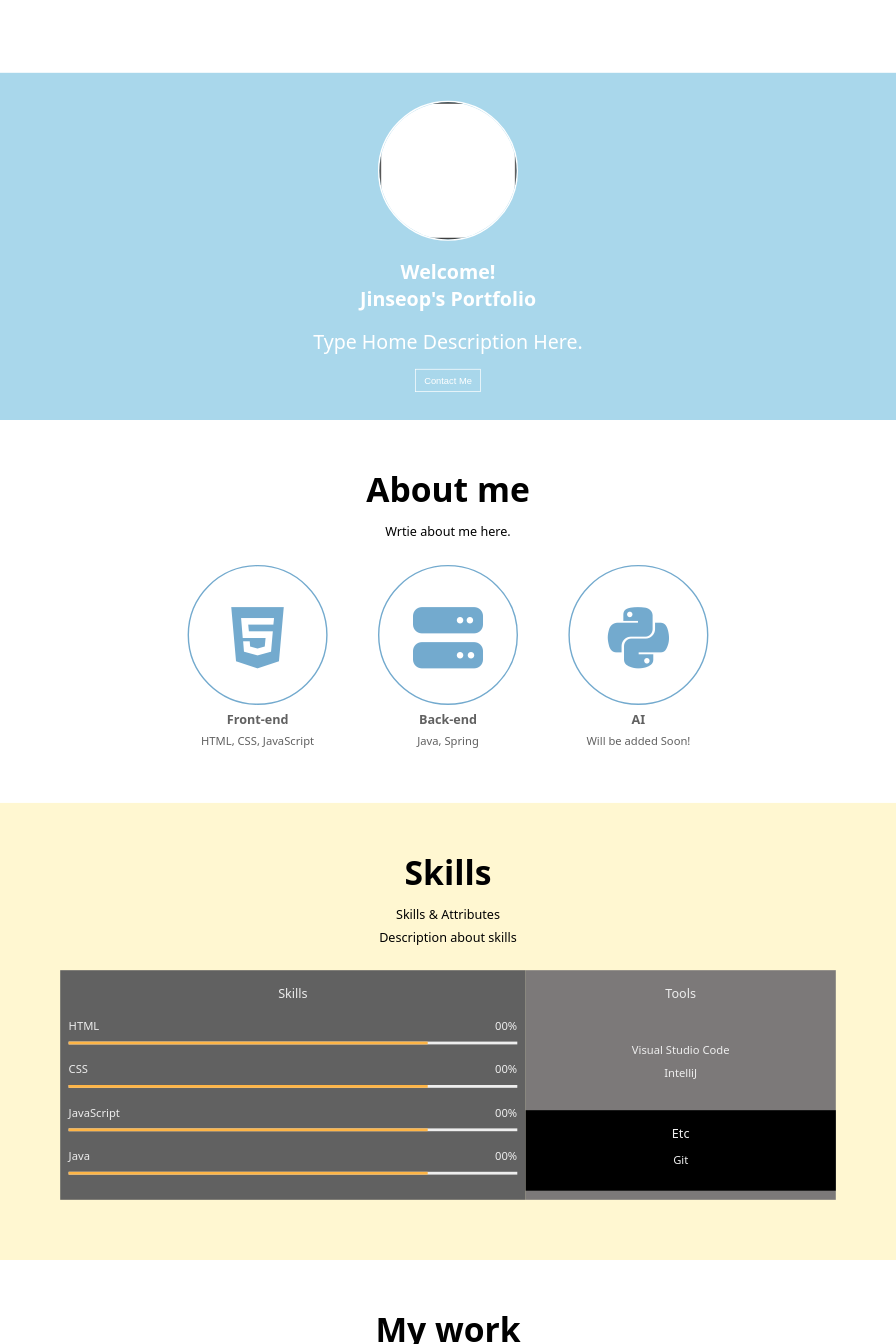
Repository: YEOMJINSEOP/yeomjinseop.github.io
Page: index.html
These files come from the project's save history. The page is drawn as it stood at one moment and after the next save; the edit follows.
The browser window is 1280 px wide. The pictures show the part of the page from y = 0 to 1920 px (the page is 2708 px tall before and 2762 px after), at 70% of full size.
Some web libraries are served in a nearby version.

Above is the page before, as saved 2022-08-15 17:19:54.

### index.html
<!DOCTYPE html>
<html lang="en">
<head>
  <meta charset="UTF-8">
  <meta http-equiv="X-UA-Compatible" content="IE=edge">
  <meta name="viewport" content="width=device-width, initial-scale=1.0">
  <title>Jinseop's Portfolio</title>
  <meta name="author" content="Jinseop Yeom">
  <meta name="description" content="Portfolio Website For Jinseop Yeom">

  <!--Logo Image-->
  <link rel="icon" type="image/png" href="images/favicon.png">


  <!--Font Awesome-->
  <script src="https://kit.fontawesome.com/d24b25bb21.js" crossorigin="anonymous"></script>

  <!--Google Fonts-->
  <link rel="preconnect" href="https://fonts.googleapis.com">
  <link rel="preconnect" href="https://fonts.gstatic.com" crossorigin>
  <link href="https://fonts.googleapis.com/css2?family=Open+Sans:wght@400;600;700&display=swap" rel="stylesheet">

  <!--CSS-->
  <link rel="stylesheet" href="style.css">

  <!--JavaScript-->
  <script src="main.js" defer></script>

</head>
<body>
  <!--Navbar-->
  <nav id="navbar">
    <div class="navbar__logo">
      <i class="fa-solid fa-utensils"></i>
      <a href="#">Yeom JinSeop</a>
    </div>
    <div>
      <ul class="navbar__menu">
        <li class="navbar__menu__item active">Home</li>
        <li class="navbar__menu__item">About</li>
        <li class="navbar__menu__item">Skill</li>
        <li class="navbar__menu__item">My work</li>
        <li class="navbar__menu__item">Testimonial</li>
        <li class="navbar__menu__item">Contact</li>
      </ul>
    </div>

      <!-- Toggle button -->
  <button class="toggle_button">
    <i class="fa-solid fa-bars"></i>
  </button>
  </nav>



  <!-- Home -->
  <section id="home" class="section">
    <img src="/images/whileimage.png" alt="Jinseop's image" class="home__avatar">
    <h1 class="home__title">Welcome! <br/> Jinseop's Portfolio</h1>
    <h3 class="home__description">Type Home Description Here.</h3>
    <button class="home__button">Contact Me</button>
  </section>

  <!--About-->
  <section id="about" class="section">
    <div class="section__container">
      <h1>About me</h1>
      <p>Wrtie about me here.</p>

      <div class="about__majors">

        <div class="major">
          <div class="major__icon">
            <i class="fa-brands fa-html5"></i>
          </div>
          <div class="major__title">
            Front-end
          </div>
          <div class="major__description">
            HTML, CSS, JavaScript
          </div>
        </div>

        <div class="major">
          <div class="major__icon">
            <i class="fa-solid fa-server"></i>
          </div>
          <div class="major__title">
            Back-end
          </div>
          <div class="major__description">
            Java, Spring
          </div>
        </div>


        <div class="major">
          <div class="major__icon">
            <i class="fa-brands fa-python"></i>
          </div>
          <div class="major__title">
            AI
          </div>
          <div class="major__description">
            Will be added Soon!
          </div>
        </div>

      </div>
    </div>
  </section>

  <!--Skills-->
  <section id="skills" class="section">
    <div class="section__container">
      <h1>Skills</h1>
    <h3>Skills & Attributes</h3>
    <p>Description about skills</p>
    <div class="skillset">
      <div class="skillset__left">
        <h3 class="skillset__title">Skills</h3>
        <div class="skill">
          <div class="skill__description">
            <span>HTML</span>
            <span>00%</span>
          </div>

          <div class="skill__bar">
            <div class="skill__value"></div>
          </div>
        </div>

        <div class="skill">
          <div class="skill__description">
            <span>CSS</span>
            <span>00%</span>
          </div>

          <div class="skill__bar">
            <div class="skill__value"></div>
          </div>

          <div class="skill">
            <div class="skill__description">
              <span>JavaScript</span>
              <span>00%</span>
            </div>

            <div class="skill__bar">
              <div class="skill__value"></div>
            </div>
          </div>
        </div>

        <div class="skill">
          <div class="skill__description">
            <span>Java</span>
            <span>00%</span>
          </div>

          <div class="skill__bar">
            <div class="skill__value"></div>
          </div>
        </div>
      </div>

      <div class="skillset__right">
        <div class="tools">
          <h3 class="skillset__title">Tools</h3>
          <ul class="tools__list">
            <li><span>Visual Studio Code</span></li>
            <li><span>IntelliJ</span></li>
          </ul>
        </div>

        <div class="etc">
          <h3 class="skillset__title">Etc</h3>
          <ul class="etc__list">
            <li><span>Git</span></li>
          </ul>
        </div>
      </div>
    </div>
    </div>
  </section>

  <!--Work-->
  <section id="work" class="section">
   <div class="section__container">
    <h1>My work</h1>
    <h3>Projects</h3>
    <div class="work__categories">
      <button class="category__btn">All<span class="category__count">3</span></button>
      <button class="category__btn">Front-end<span class="category__count">1</span></button>
      <button class="category__btn">Back-end<span class="category__count">1</span></button>
      <button class="category__btn">AI<span class="category__count">1</span></button>
    </div>

    <div class="work__projects">
      <a href="#" class="project" target="blank">
        <img src="images/whileimage.png" alt="project image" class="project__image">
        <div class="project__description">
          <h3>Project Name</h3>
          <span>Description about Project</span>
        </div>
      </a>

      <a href="#" class="project" target="blank">
        <img src="images/whileimage.png" alt="project image" class="project__image">
        <div class="project__description">
          <h3>Project Name</h3>
          <span>Description about Project</span>
        </div>
      </a>

      <a href="#" class="project" target="blank">
        <img src="images/whileimage.png" alt="project image" class="project__image">
        <div class="project__description">
          <h3>Project Name</h3>
          <span>Description about Project</span>
        </div>
      </a>
    </div>
   </div>
  </section>

  <!--Testimonial-->
  <!-- <section id="testimonial" class="section">
    <h1>Testimonial</h1>
    <h3>See What They Say About Me</h3>
    <div class="testimonials">
      <div class="testimonial">
        <img src="" alt="Person Image" class="testimonial__avatar">
        <div class="testimonial__speech_bubble">
          <p>Recommendation Talk Here.</p>
          <p class="name"><a href="#">Professor A</a></p>
        </div>
      </div>

      <div class="testimonial">
        <img src="" alt="Person Image" class="testimonial__avatar">
        <div class="testimonial__speech_bubble">
          <p>Recommendation Talk Here.</p>
          <p class="name"><a href="#">Professor A</a></p>
        </div>
      </div>
    </div>
  </section> -->

  <!--Contact-->
  <section id="contact" class="section">
    <h1>Contact Me</h1>
    <h3>yeomjinseop@gmail.com</h3>
    <div class="contact_links">
      <a href="https://github.com/YEOMJINSEOP" target="blank">
        <i class = "fab fa-github"></i>
      </a>
    </div>
    <p class="contact_rights">
      2022 YEOM JINSEOP - All rights reserved
    </p>
  </section>
</body>
</html>

### style.css
 /* Global */

 :root{
  /* Color */
  --color-white: #ffffff;
  --color-light-white: #eeeeee;
  --color-dark-white: #bdbdbd;
  --color-pink: #fe918d;
  --color-dark-pink: #ff6863;
  --color-deep-pink: #FF8ACA;
  --color-black: #4d4d4d;
  --color-grey: #616161;
  --color-light-gray: #7c7979;
  --color-blue: #73aace;
  --color-yellow: #fff7d1;
  --color-light-yellow: #FBFAE2;
  --color-orange: #feb546;
  --color-black: #000000;
  --color-yellow-green: #BEEBA9;
  --color-sky-blue: #A9D7EB;
  --color-deep-blue: #4280EB;
  --color-dark-deep-blue: #627BA3;

  /* Font size */
  --font-large: 48px;
  --font-medium: 28px;
  --font-regular: 18px;
  --font-small: 16px;
  --font-micro: 14px;


  /* Font Weight */
  --weight-bold: 700;
  --weight-semi-bold: 600;
  --weight-regular: 400;

  /* Size */
  --size-border-radius: 4px;

  /* Animation */
  --animation-duration: 300ms;

 }

 /* Universal tages */
 * {
  box-sizing: border-box;
 }

 body{
  margin: 0;
  font-family:system-ui, -apple-system, BlinkMacSystemFont, 'Segoe UI', Roboto, Oxygen, Ubuntu, Cantarell, 'Open Sans', 'Helvetica Neue', sans-serif;
  cursor: default;
}

 a{
  text-decoration: none;
  color: var(--color-white);
 }

 ul{
  list-style: none;
  padding-left: 0;
 }

 button{
  background-color: transparent;
  border: none;
  cursor: pointer;
 }



 /* Typography */

 h1{
  font-size: var(--font-large);
  font-weight: var(--weight-bold);
  color: var(--color-black);
  margin: 16px 0;
 }

 h2{
  font-size: var(--font-medium);
  font-weight: var(--weight-semi-bold);
  color: var(--color-black);
  margin: 8px 0;
 }

 h3{
  font-size: var(--font-regular);
  font-weight: var(--weight-regular);
  color: var(--color-black);
  margin: 8px 0;
 }

 p{
  font-size: var(--font-regular);
  font-weight:  var(--font-regular);
  color: var(--color-black);
  margin: 4px 0;
 }

 /* Body  */

 /* Nav */
 #navbar{
  display: flex;
  justify-content: space-between;
  align-items: center;
  background-color: transparent;
  color: var(--color-white);
  padding: 16px;
 }

 #navbar.navbar__dark{
  background-color: var(--color-deep-blue);
 }

 .navbar__logo{
  font-size: var(--font-medium);
  font-weight: var(--weight-semi-bold);
  padding: 8px 12px;
 }

 .navbar__menu{
  display: flex;
  font-size: var(--font-small);
  font-weight: var(--weight-regular);
 }

 .navbar__menu__item.active{
  border: 1px solid white;
 }

 .navbar__menu__item{
  padding: 8px 12px;
  margin: 0 4px;
  border-radius: var(--size-border-radius);
  cursor: pointer;
 }

 .navbar__menu__item:hover{
  background-color: var(--color-dark-deep-blue);
 }

 /* Home */

 #home{
  background-color: var(--color-sky-blue);
  background-position: center;
  background-repeat: no-repeat;
  background-size: cover;
  padding: 40px;
  text-align: center;
 }

 .home__avatar{
  border: 2px solid var(--color-white);
  border-radius: 50%;
  width: 200px;
  height: 200px;
 }

 .home__title,
 .home__description{
  font-size: var(--font-medium);
  color: var(--color-white);
  padding: 4px;
 }

 .home__button{
  border: 1px solid var(--color-white);
  padding: 8px 12px;
  margin-top: 8px;
  color: var(--color-white);
 }

.home__button:hover{
  background-color: var(--color-deep-blue);
}

/* Section Common */
.section{
  padding: 50px;
  text-align: center;
}

.section__contatiner{
  max-width: 1200px;
}

/* About */

.about__majors{
  display: flex;
  justify-content: center;
  margin: 8px 12px;
  padding: 12px;
}

.major{
  margin: 8px 24px;
}

.major__icon{
  height: 200px;
  width: 200px;
  font-size: 100px;
  line-height: 200px;
  border: 2px solid var(--color-blue);
  border-radius: 50%;
  color: var(--color-blue);
  margin: 8px 12px;
  transition: all var(--animation-duration) linear;
}

.major__icon:hover{
  color: var(--color-orange);
  border-color: var(--color-orange);
}

.major__icon:hover i{
  transform: scale(120%);
}


.major__title {
  font-size: var(--font-regular);
  font-weight: var(--weight-semi-bold);
  color:var(--color-grey);
  margin: 8px;;
}

.major__description{
  font-size: var(--font-small);
  color: var(--color-grey);
}

.about__jobs{
  margin: 12px 0;
}

.job{
  display: flex;
  align-items: center;
}

.job__logo{
  padding: 8px;
  margin: 4px 12px;
}

.job__name{
  font-size: var(--font-small);
}

.job__description{
  font-size: var(--font-micro);
}

/* Skill */

#skills{
  background-color: var(--color-yellow);
}
.skillset{
  display: flex;
  justify-content: center;
  margin: 12px 12px;
  padding: 24px;
  color: var(--color-light-white);
}

.skillset__left{
  padding: 12px;
  flex-basis: 60%;
  background-color: var(--color-grey);
}

.skill{
  margin: 24px 0;
}

.skill__description{
  display: flex;
  justify-content: space-between;
}

.skillset__title{
  color: var(--color-light-white);
  margin: 8px 0;
}

.skill__bar{
  width: 100%;
  height: 4px;
  background-color: var(--color-light-white);
  margin: 12px 0;
}

.skill__value{
  width: 80%;
  /* width는 html에 style로 넣어서 각각 지정하기! */
  height: 4px;
  background-color: var(--color-orange);
}


.skillset__right{
  flex-basis:40%;
  background-color: var(--color-light-gray);
}

.tools{
  padding: 12px;
  height:200px;
}

.tools__list{
  padding: 30px 0;
}

.tools__list li{
  margin: 12px;
}


.etc{
  background-color: var(--color-black);
  height: 115px;
  padding: 12px;
}

/* Work */

.work__categories{
  margin: 24px 0 ;
  padding: 12px 0;
}

.category__btn{
  border: 1px solid var(--color-black);
  background-color: var(--color-white);
  padding: 4px 32px;
  margin: 4px 8px;
  font-size: var(--font-small);
  font-weight: var(--weight-semi-bold);
}

.category__btn:hover {
  background-color: var(--color-light-white);
}

.category__btn:hover .category__count{
  opacity: 1;
  transform: translateY(0);
}

.category__count{
  width:  20px;
  height: 20px;
  line-height: 20px;
  color: var(--color-white);
  margin-left: 5px;
  background-color: var(--color-orange);
  display: inline-block;
  border-radius: 50%;
  opacity: 0;
  transition: all var(--animation-duration) ease-in;
  transform: translateY(-10px);
}

.work__projects{
  display: flex;
  flex-wrap:wrap;
  align-items: center;
  justify-content: center;
}

.project__image{
  width: 100%;
  height: 100%;
}

.project{
  position: relative;
  width: 200px;
  height: 200px;
  margin: 10px;
}

.project__description{
  position: absolute;
  top:0px;
  left:0px;
  background-color: var(--color-grey);
  width: 100%;
  height: 100%;
  display: flex;
  flex-direction: column;
  justify-content: center;
  opacity: 0;
  transition: all var(--animation-duration) ease-in;
  transform: translateY(-10px);
}

.project__description h3{
  color: var(--color-white);
}

.project__description h3:after{
  content: " ";
  display: block;
  position: relative;
  left: 50%;
  width: 20px;
  height: 2px;
  margin-top: 8px;
  margin-left: -8px;
  background-color: var(--color-white);
}

.project__description:hover{
  opacity: 0.8;
  transform: translateY(0);
}

/* Contact */

#contact{
  background-color: var(--color-dark-white);
}

.contact_links{
  padding: 24px 0;
}

.contact_links i{
  font-size: var(--font-large);
  color: var(--color-white);

}

.contact_links i:hover{
  color: var(--color-yellow);
  transform: scale(120%);
}

.toggle_button{
  position: absolute;
  top: 26px;
  right: 36px;
  font-size: var(--font-medium);
  color: var(--color-white);
  display: none;
}

@media screen and (max-width: 768px) {
  #navbar{
    display: flex;
    flex-direction: column;
  }

  .toggle_button{
    display: block;
  }

  .navbar__menu{
    width: 100%;
    display: None;
  }

  .about__majors{
    display: flex;
    flex-direction: column;
    align-items: center;
  }
  .major{
    margin: 0;
    margin-bottom: 48px;
  }

  .skillset{
    display: flex;
    flex-direction: column;
  }
}

### main.js
'use strict';

// Make navvar transparent when it is on the top.

const navbar = document.querySelector('#navbar');
const navbarHeight = navbar.getBoundingClientRect().height;

document.addEventListener('scroll', () => {
    console.log(window.scrollY);
    console.log("navbarHeight : ", navbarHeight);
    if(scrollY > navbarHeight){
      navbar.classList.add('navbar__dark');
    } else {
      navbar.classList.remove('navbar__dark');
    }
  })

After the next save:
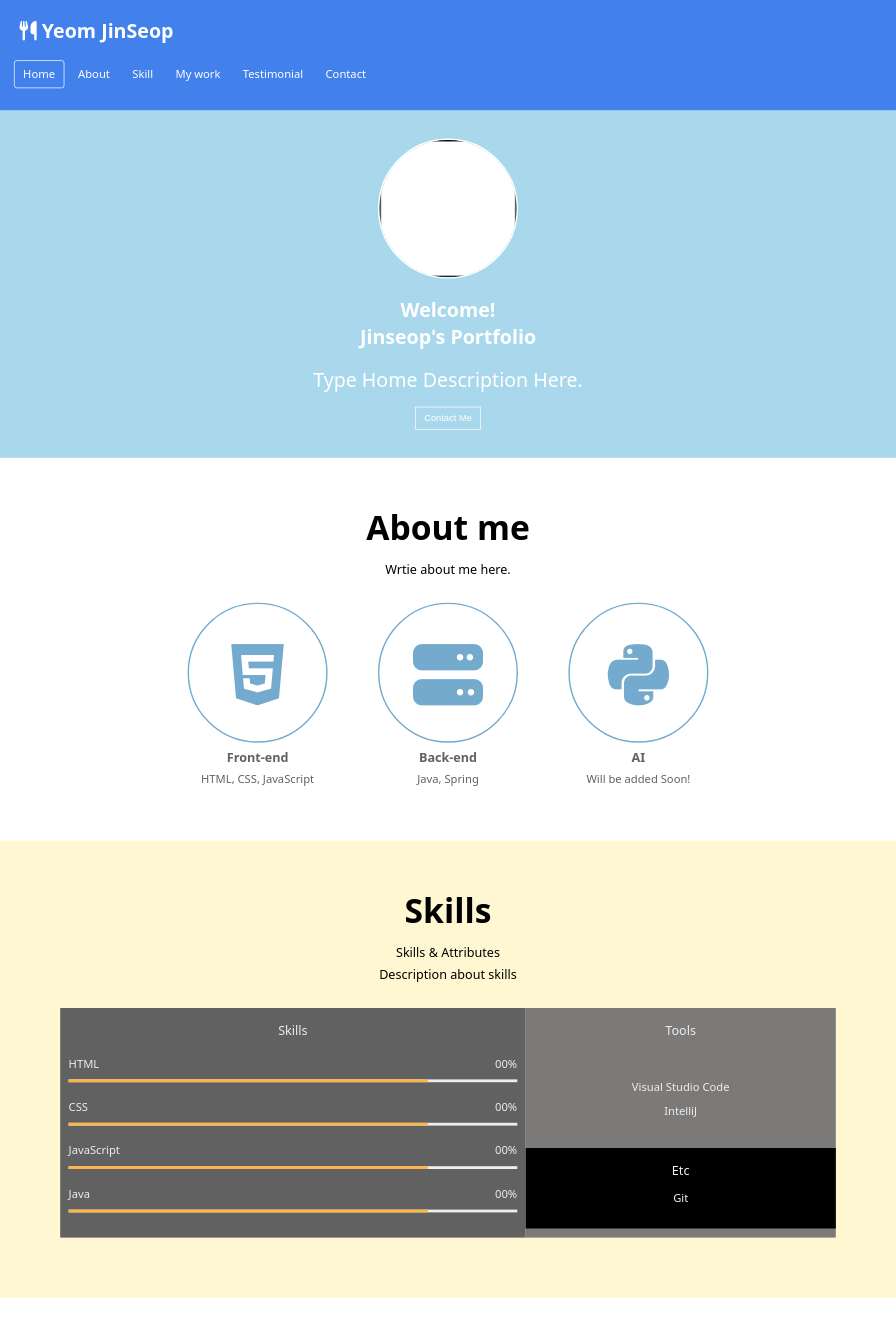
Saved 71 s later.
--- a/style.css
+++ b/style.css
@@ -105,10 +105,11 @@
 
  /* Nav */
  #navbar{
-  display: flex;
+  display: fixed;
+
   justify-content: space-between;
   align-items: center;
-  background-color: transparent;
+  background-color: var(--color-deep-blue);
   color: var(--color-white);
   padding: 16px;
  }

After the 2 saves that followed:
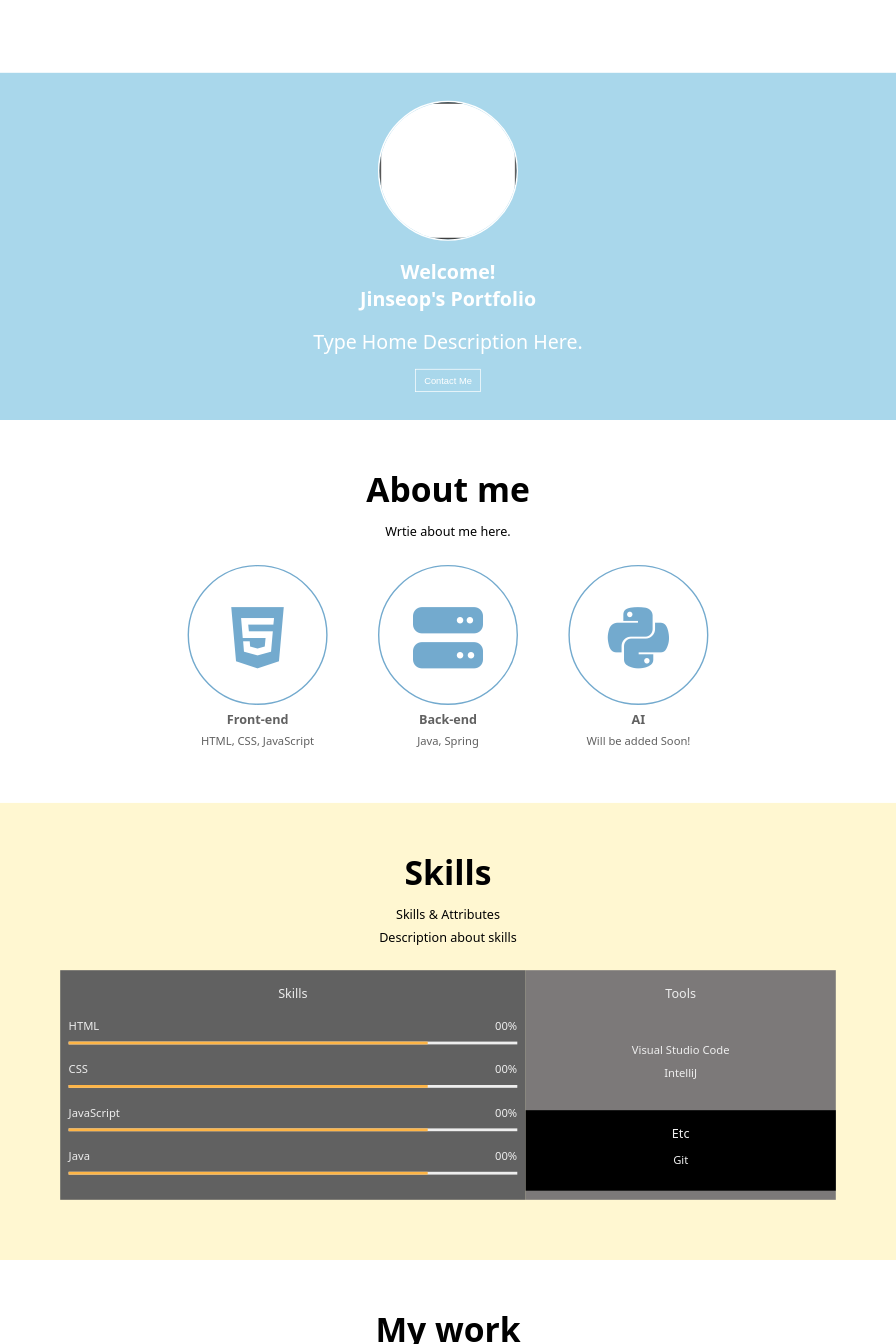
The 2 saves are shown as one change because they came seconds apart.
The last was saved 55 s later.
--- a/style.css
+++ b/style.css
@@ -105,11 +105,10 @@
 
  /* Nav */
  #navbar{
-  display: fixed;
-
+  display: flex;
   justify-content: space-between;
   align-items: center;
-  background-color: var(--color-deep-blue);
+  background-color: transparent;
   color: var(--color-white);
   padding: 16px;
  }
